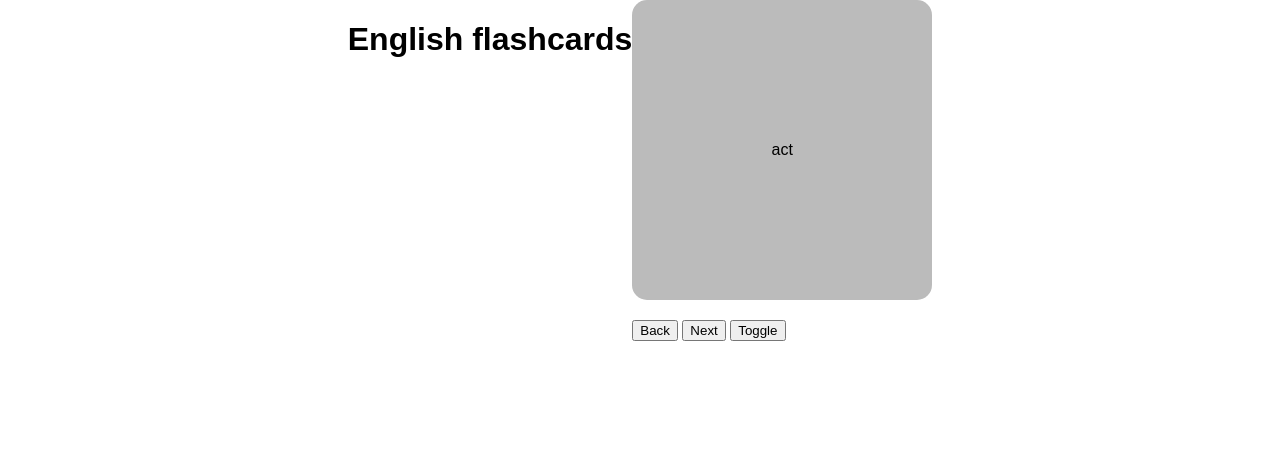
Repository: AdrianGizycki/English-Flashcards
Page: index.html
An editor plug-in stored every save of this project. The page is shown before and after the next save, followed by the edit.
The browser window is 1280 px wide. The pictures show the whole page.

Above is the page before, as saved 2019-09-15 15:18:20.

### index.html
<!DOCTYPE html>
<html lang="en">
<head>
    <meta charset="UTF-8">
    <meta name="viewport" content="width=device-width, initial-scale=1.0">
    <meta http-equiv="X-UA-Compatible" content="ie=edge">
    <link rel="stylesheet" type="text/css" href="style.css">
    <title>English Flashcards</title>
</head>
<body>
    <div class="mainDiv">
        <h1> English flashcards</h1>
        <div class="flip-card">
            <div class="flip-card-inner" id="rot">
                <div class="flip-card-front">
                    <div class="divContents1"></div>
                </div>
                <div class="flip-card-back">
                    <div class="divContents2"></div>
                </div>
                </div>
            <button class="btn1">Back</button>
            <button class="btn2">Next</button>
            <button class="btn3">Toggle</button>
        </div>
    </div>

    <script src="app.js" type="text/javascript"></script>
</body>
</html>

### style.css
body {
    font-family: Arial, Helvetica, sans-serif;
    height: 100%;
    padding: 0;
    margin: 0;
    box-sizing: border-box;
  }
  .mainDiv {
    height: 100%;
    width: 100%;
    display: flex;
    justify-content: center;
    justify-items: center;
  }

  .flip-card {
    background-color: transparent;
    width: 300px;
    height: 300px;
    perspective: 1000px;
    border-radius: 5%;

  }

  .flip-card-inner {
    position: relative;
    width: 100%;
    height: 100%;
    text-align: center;
    transition: transform 1s;
    transform-style: preserve-3d;
    /* box-shadow: 0 4px 8px 0 rgba(0, 0, 0, 0.5); */
  }

  .flip-card:hover .flip-card-inner {
    transform: rotateY(180deg);
  }

  .flip-card-front,
  .flip-card-back {
    position: absolute;
    width: 100%;
    height: 100%;
    backface-visibility: hidden;
    display: flex;
    align-items: center;
    justify-content: center;
  }

  .flip-card-front {
    background-color: #bbb;
    color: black;
    border-radius: 5%;
  }

  .flip-card-back {
    background-color: #2980b9;
    color: white;
    transform: rotateY(180deg);
    border-radius: 5%;
  }

  .btn1,
  .btn2,
  .btn3 {
      margin-top: 20px;
  }

### app.js
const englishWords = ['above', 'across', 'act',]
const polishWords = ['powyżej / nad / u góry', 'przez coś', 'akt / czyn / działanie']
if (englishWords !== polishWords) {
    console.log('ok')
} else {
    console.log('not ok')
}
// const englishWords = ['above', 'across', 'act', 'ahead', 'along',]
//  'among', 'amount', 'any', 'anyone', 'appear', 'approach', 'arms', 'around', 'art', 'as', 'attack', 'attempt', 'august', 'autumn', 'away', 'base', 'bear', 'become', 'began', 'beginning', 'behind', 'believe', 'belong', 'below', 'beyound', 'bill', 'bit', 'block', 'blood', 'blow', 'board', 'bottom', 'branch', 'break', 'bridge', 'bright', 'building', 'burn', 'capital', 'carry', 'case', 'cause', 'central', 'centre', 'century', 'certain', 'certainly', 'claim', 'coat', 'common', 'complete', 'concern', 'conditio', 'consider', 'continue', 'control', 'corner', 'count'];
// const polishWords = ['powyżej / nad / u góry', 'przez coś', 'akt / czyn / działanie', 'przed', 'wzdłuż', 'między / pośród', 'ilość', 'jakikolwiek', 'nikt', 'pojawić się', 'podejście', 'herb / uzbrojony', 'wokół / dookoła / w pobliżu', 'sztuka', 'jako/ tak jak', 'atak', 'próba', 'sierpień', 'jesień', 'od /daleko / z dala / z daleka', 'podstawa', 'niedźwiedź', 'zostać', 'rozpoczął', 'początek', 'za / z tyłu', 'wierzyć', 'należeć', 'poniżej', 'poza', 'za (czymś)', 'po drugiej stronie (czegoś)', 'dalej', 'projekt ustawy', 'rachunek', 'kawałek', 'klocek', 'krew', 'cios / dmuchać / wiać', 'deska', 'dolny', 'oddział / gałąź / rozgałęzienie', 'most', 'jasny', 'budynek', 'oparzenie', 'stolica', 'nieść', 'przypadek / walizka', 'przyczyna / powód', 'centralny / środkowy', 'środek', 'wiek', 'pewny', 'rzeczywiście / z pewnością / na pewno', 'roszczenie', 'sierść / powlekać / płaszcz / okrywać cienką warstwą', 'pospolity', 'cały / całkowity / pełny', 'troska', 'warunek', 'rozważać', 'kontynuować', 'kontrola', 'róg / narożnik', 'liczba / liczyć się']
const divContents1 = document.querySelector(".divContents1");
const divContents2 = document.querySelector(".divContents2");
const btnBeck = document.querySelector(".btn1");
const btnNext = document.querySelector(".btn2");
const btnToggle = document.querySelector(".btn3");
const visCard = document.querySelector(".flip-card-front");
const unvisCard = document.querySelector(".flip-card-back");
const flipCard = document.querySelector('#rot');
const max = englishWords.length;
const min = 0


var counter = Math.floor(Math.random() * (max - min)) + min;
console.log(counter);
divContents1.innerText = englishWords[counter];
divContents2.innerText = polishWords[counter];


btnNext.addEventListener('click', function(){
    if (counter === max - 1) {
        counter = -1;
    }
    counter++;
  divContents1.innerText = englishWords[counter];
  divContents2.innerText = polishWords[counter];
  console.log(counter);

});

btnBeck.addEventListener('click', function(){
  counter--;
  if (counter === -1) {
    counter = max - 1;
  }
  divContents1.innerText = englishWords[counter];
  divContents2.innerText = polishWords[counter];
  console.log(counter);

});

// flipCard.addEventListener('click', () => {
//     console.log("test");
//     flipCard.
// });

After the next save:
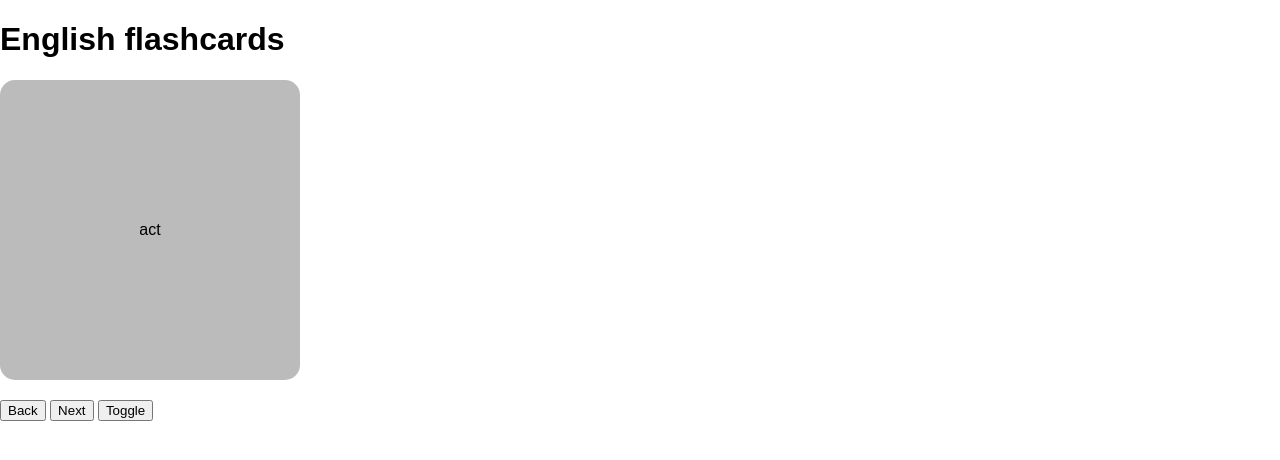
Saved 18 s later.
--- a/style.css
+++ b/style.css
@@ -5,13 +5,13 @@ body {
     margin: 0;
     box-sizing: border-box;
   }
-  .mainDiv {
+  /* .mainDiv {
     height: 100%;
     width: 100%;
     display: flex;
     justify-content: center;
     justify-items: center;
-  }
+  } */
 
   .flip-card {
     background-color: transparent;
